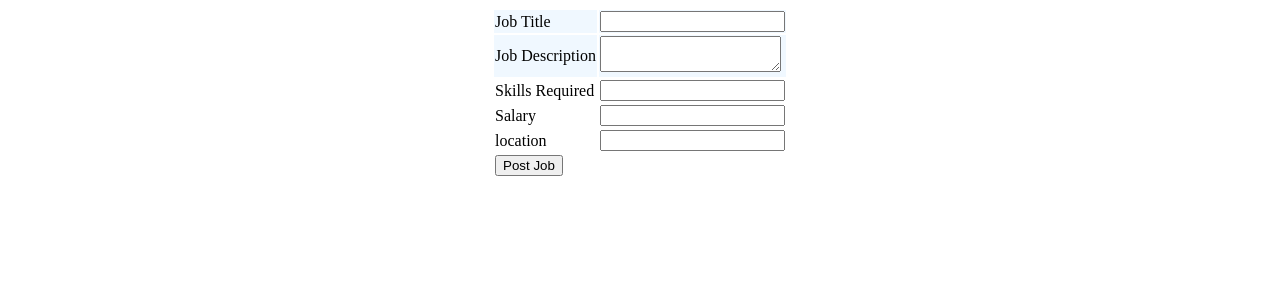
Repository: 123poornima/UpdatedSecondProject
Page: frontendPro/WebContent/_job/createJob.html
These files come from the project's save history. The page is drawn as it stood at one moment and after the next save; the edit follows.
The browser window is 1280 px wide. The pictures show the whole page.

Above is the page before, as saved 2017-01-11 03:36:19.

After the next save:
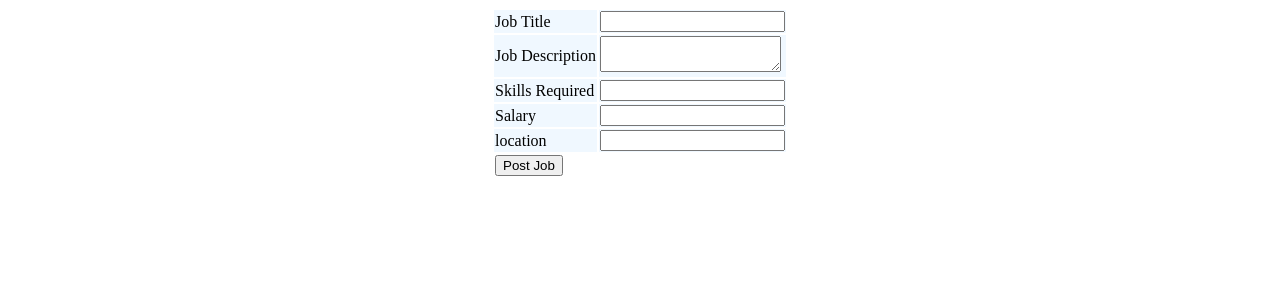
Saved 41 s later.
--- a/frontendPro/WebContent/_job/createJob.html
+++ b/frontendPro/WebContent/_job/createJob.html
@@ -18,17 +18,17 @@
 <td><textarea ng-model="job.jobDescription"></textarea></td>
 </tr>
 
-<tr>
+<tr bgcolor=#F0F8FF>
 <td>Skills Required</td>
 <td><input type="text" ng-model="job.skillsRequired"></td>
 </tr>
 
-<tr>
+<tr bgcolor=#F0F8FF>
 <td>Salary</td>
 <td><input type="text" ng-model="job.salary"></td>
 </tr>
 
-<tr>
+<tr bgcolor=#F0F8FF>
 <td>location</td>
 <td><input type="text" ng-model="job.location"></td>
 </tr>
